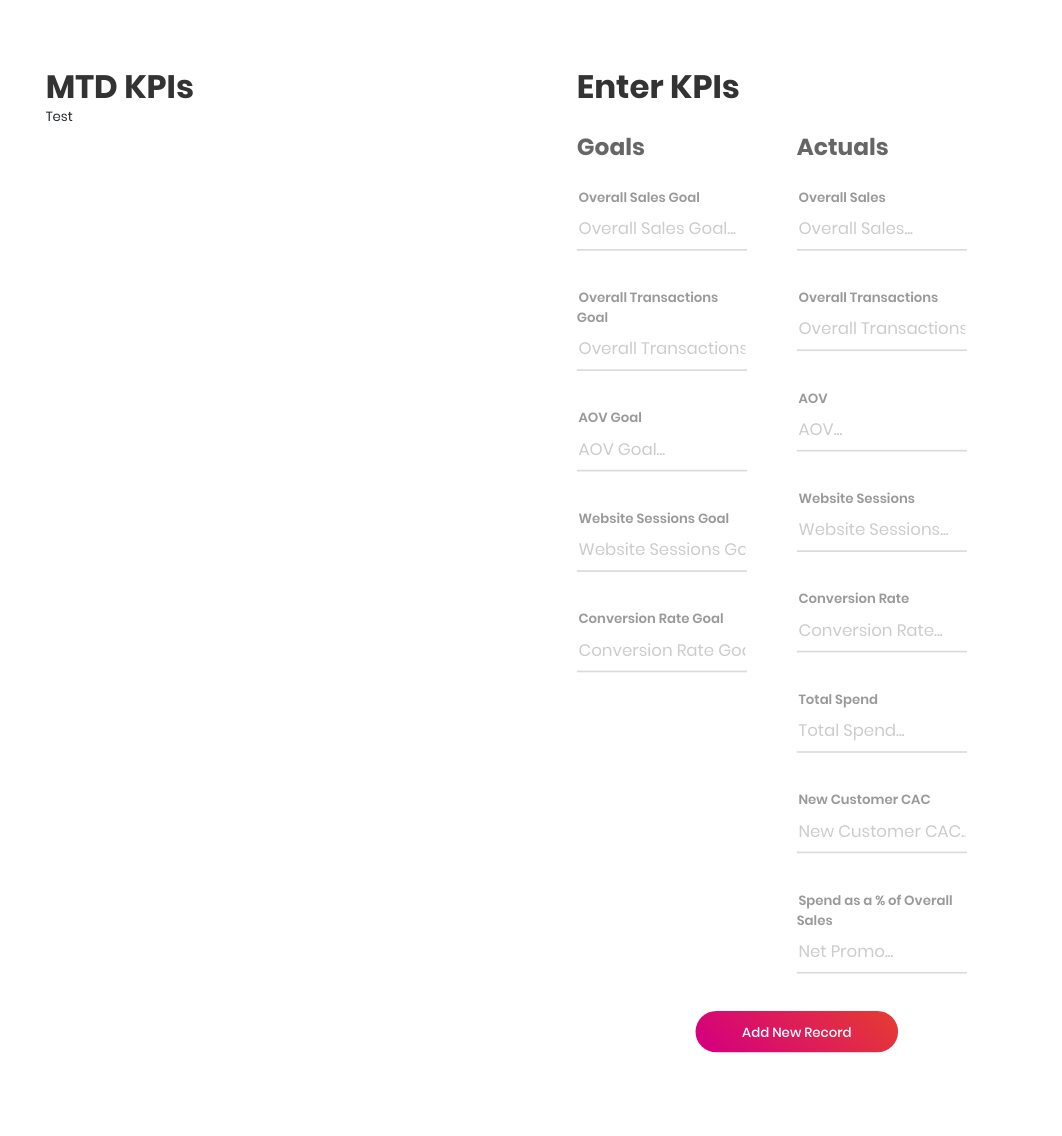
Repository: jameyel/kpi-entry
Page: index.html
An editor plug-in stored every save of this project. The page is shown before and after the next save, followed by the edit.
The browser window is 1280 px wide. The pictures show the whole page, at 83% of full size.
The page's requests for data from a server got no answer.

Above is the page before, as saved 2018-12-10 13:39:45.

After the next save:
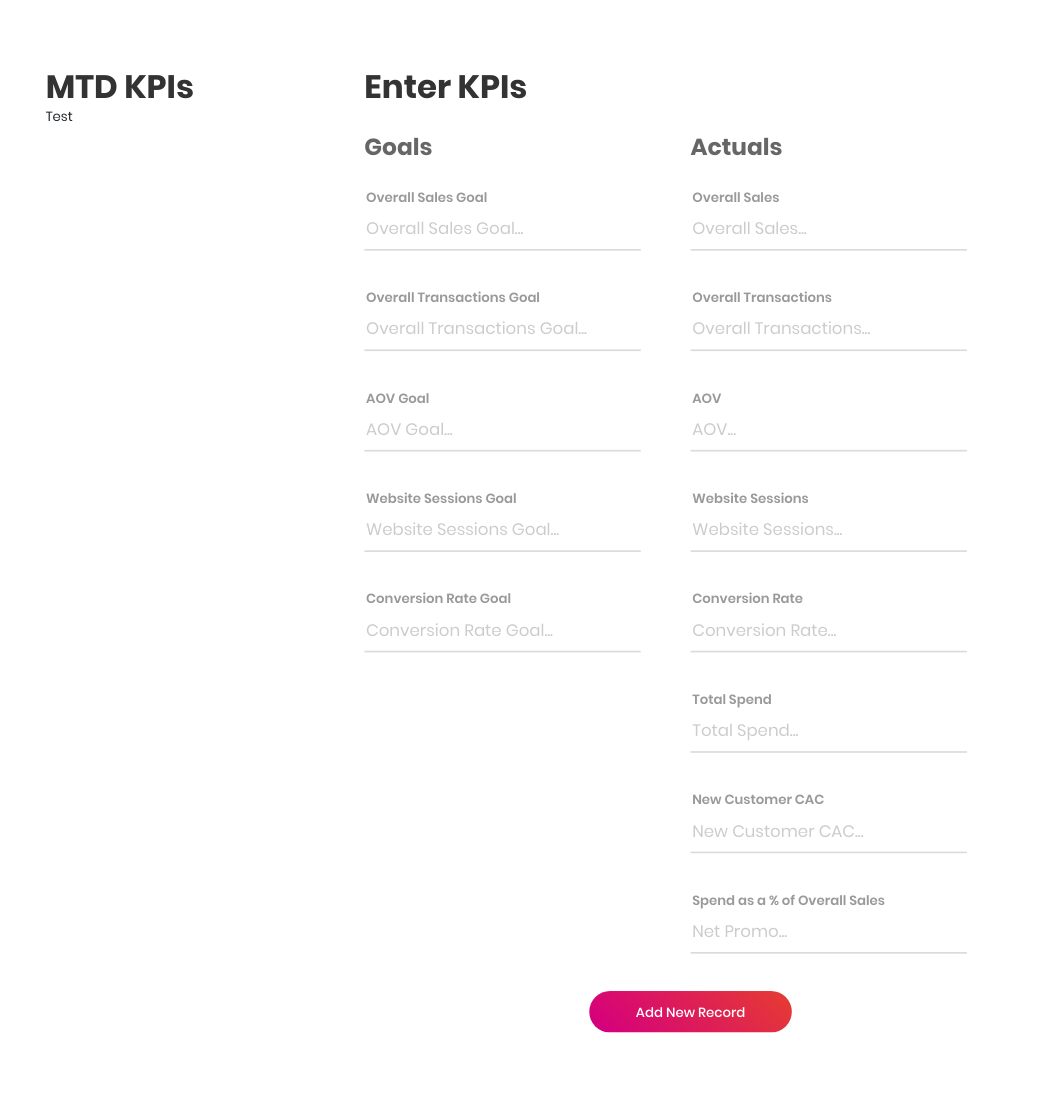
Saved 2 min 0 s later.
--- a/css/main.css
+++ b/css/main.css
@@ -198,7 +198,7 @@ iframe {
   position: absolute;
   z-index: -2;
   /* width: calc(100% - 640px); */
-  width: 50%;
+  width: 30%;
   height: 100%;
   top: 0;
   left: 0;
@@ -208,7 +208,7 @@ iframe {
 
 .wrap-kpi100 {
   /* width: 640px; */
-  width: 50%;
+  width: 70%;
   min-height: 100vh;
   background: #fff;
   border-radius: 2px;
